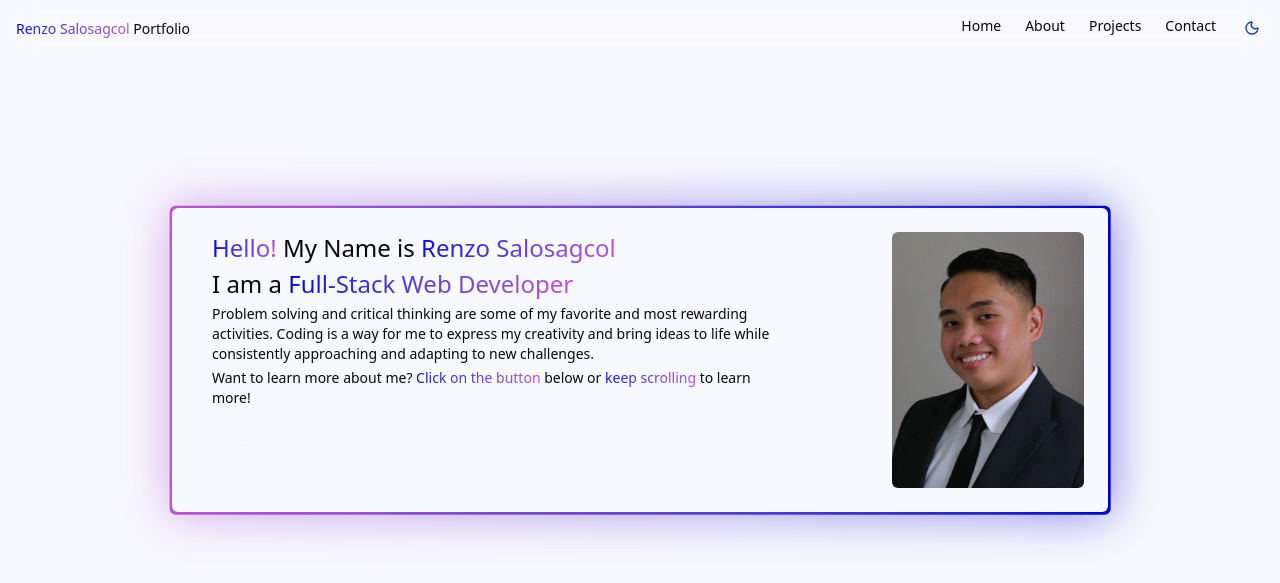
Repository: Renzo-Salosagcol/Updated_Personal_Portfolio
Page: /
An editor plug-in stored every save of this project. The page is shown before and after the next save, followed by the edit.
The browser window is 1280 px wide. The pictures show the whole page.
The project was rebuilt for these pictures with package versions that can differ from the ones it lists, and the page was loaded fresh each time. Also part of the build but not shown: vite.config.js, src/pages/NotFound.jsx.

Above is the page before, as saved 2025-10-09 20:42:09.

### index.html
<!doctype html>
<html lang="en">
  <head>
    <meta charset="UTF-8" />
    <link rel="icon" type="image/svg+xml" href="/vite.svg" />
    <meta name="viewport" content="width=device-width, initial-scale=1.0" />
    <title>updated-personal-portfolio</title>
  </head>
  <body>
    <div id="root"></div>
    <script type="module" src="/src/main.jsx"></script>
  </body>
</html>

### src/index.css
@import "tailwindcss";

@theme {
  --color-background: var(--background);
  --color-foreground: var(--foreground);

  --color-primary: var(--primary);
  --color-secondary: var(--secondary);

  --animate-fade-in: fade-in 1s ease-in forwards;
}

@layer base {
  /* Light Theme */
  :root {
    --background: #f8f8ff; /* Ghost White */
    --foreground: #080808; /* Vampire Black */

    --primary: #0000cd; /* Medium Blue */
    --secondary: #ba55d3; /* Medium Orchid */
  }

  /* Dark Theme */
  .dark {
    --background: #080808; /* Vampire Black */
    --foreground: #f8f8ff; /* Ghost White */

    --primary: #ff0800; /* Candy Apple Red */
    --secondary: #fefc22; /* Laser Lemon */
  }

  html {
    @apply scroll-smooth;
  }

  body {
    @apply bg-background text-foreground transition-colors duration-300;
  }
}

@property --gradient-angle {
  syntax: "<angle>";
  initial-value: 0deg;
  inherits: false;
}

@keyframes spin {
  from {
    --gradient-angle: 0deg;
  }
  to {
    --gradient-angle: 360deg;
  }
}

@keyframes fade-in {
  0% {
    opacity: 0;
    transform: translateY(20px);
  }
  100% {
    opacity: 1;
    transform: translateY(0);
  }
}

@utility container {
  margin-inline: auto;
  padding-inline: 1rem;
}

@utility after-gradient-border {
  @apply absolute h-[101.5%] w-[100.5%] top-1/2 left-1/2 -translate-x-1/2 -translate-y-1/2 rounded-md -z-10 bg-gradient-to-l from-primary to-secondary;
  content: '';
  /* animation: 3s spin linear infinite; */
}

@utility before-gradient-border {
  @apply after-gradient-border;
  filter: blur(1.5rem);
  opacity: 0.5;
}

@utility gradient-text {
  @apply text-transparent bg-clip-text bg-gradient-to-r from-primary to-secondary transition-colors duration-300;
}

@utility gradient-button {
  @apply flex justify-center items-center rounded-full py-[1em] px-[2em] bg-background border-none gradient-text hover:cursor-pointer;
}

@utility gradient-button-inner {
  @apply flex h-full w-full items-center justify-center rounded-full bg-background
}

@utility gradient-border {
  @apply after:after-gradient-border before:before-gradient-border
}

@utility glassmorphism {
  @apply bg-background/30 backdrop-blur-lg
}

### src/App.jsx
import { BrowserRouter, Routes, Route } from "react-router-dom"
import { Home } from "./pages/Home"
import { NotFound } from "./pages/NotFound"

function App() {
  return (
    <BrowserRouter>
      <Routes>
        <Route path="/" element={<Home />} />
        <Route path="*" element={<NotFound />} />
      </Routes>
    </BrowserRouter>
  )
}

export default App

### src/pages/Home.jsx
import { Background } from "../components/Background"
import { Navbar } from "../components/Navbar"
import { Hero } from "../components/Hero"

export const Home = () => {
  return (
    <div id="home" className="w-full h-screen">
      {/* Background */}
      <Background />


      {/* Navbar */}
      <Navbar />

      {/* Main */}
      <Hero />

      {/* Footer */}
    </div>
  )
}

### src/components/Background.jsx


export const Background = () => {
  return (
    <div className="fixed inset-0 overflow-hidden pointer-events-none -z-40 bg-background w-screen h-screen">
    </div>
  )
}

### src/components/Navbar.jsx
import { ThemeToggle } from './ThemeToggle'

const items = [
  { name: 'Home', href: '#home' },
  { name: 'About', href: '#about' },
  { name: 'Projects', href: '#projects' },
  { name: 'Contact', href: '#contact' },
]

export const Navbar = () => {
  return (
    <nav className="fixed top-0 left-0 w-full p-2 flex items-center justify-between glassmorphism z-40 text-sm md:text-md text-foreground">
      <a href="#home" className="p-2"><span className="gradient-text">Renzo Salosagcol</span> Portfolio</a>
      <ul className="flex gap-6 p-2">
        {items.map(item => (
          <li key={item.name}
            className="hover:gradient-text transition-all duration-300 relative">
            <a href={item.href}>{item.name}</a>
          </li>
        ))}
        <li><ThemeToggle /></li>
      </ul>
    </nav>
  )
}

### src/components/Hero.jsx


export const Hero = () => {
  return (
    <main className="relative min-h-screen flex items-center justify-center max-w-10/12 rounded-md container z-0">
      <div className="z-0 relative gradient-border opacity-0 animate-fade-in">
        <div className="w-full h-full relative container flex justify-between gap-6 rounded-md p-6 bg-background">
          <div className="container flex flex-col gap-1">
            <h1 className="text-lg md:text-xl lg:text-2xl">
              <span className="gradient-text">Hello! </span>
              My Name is
              <span className="gradient-text"> Renzo Salosagcol</span>
            </h1>
            <h1 className="text-lg md:text-xl lg:text-2xl">I am a <span className="gradient-text">Full-Stack Web Developer</span></h1>
            <h3 className="w-md md:w-lg lg:w-xl text-sm">Problem solving and critical thinking are some of my favorite and most rewarding activities. Coding is a way for me to express my creativity and bring ideas to life while consistently approaching and adapting to new challenges.</h3>
            <h3 className="w-md md:w-lg lg:w-xl text-sm">Want to learn more about me?
              <span className="gradient-text"> Click on the button</span> below or
              <span className="gradient-text"> keep scrolling</span> to learn more!
            </h3>
            <a
              href="#about"
            >
            <button className="gradient-button">
              <div className="gradient-button-inner">Learn more...</div>
            </button>
            </a>
          </div>
          <div>
            <img
            src="../../headshot.jpeg"
            alt="Headshot Photo"
            className="rounded-md w-64 h-64 object-cover"
            />
          </div>
      </div>
      </div>
    </main>
  )
}

### src/components/ThemeToggle.jsx
import { useState, useEffect } from "react"
import { Sun, Moon } from "lucide-react"

export const ThemeToggle = () => {
  const [isDark, setIsDark] = useState(false)

  useEffect(() => {
    const theme = localStorage.getItem("theme")
    if (theme) {
      setIsDark(theme === "dark")
      document.documentElement.classList.toggle("dark", theme === "dark")
    }
  }, [])

  const toggleTheme = () => {
    setIsDark(!isDark)
    document.documentElement.classList.toggle("dark", !isDark)
    localStorage.setItem("theme", !isDark ? "dark" : "light")
  }

  return (
    <button
      onClick={toggleTheme}
      className="max-sm:hidden p-1 z-50 rounded-full transition-color duration-300 focus:outline-hidden hover:cursor-pointer"
    >
      {isDark ? (
        <Sun className="h-4 w-4 text-yellow-300" />
      ) : (
        <Moon className="h-4 w-4 text-blue-900" />
      )}
    </button>

  )
}

Loaded but not shown: src/main.jsx (common file)

After the next save:
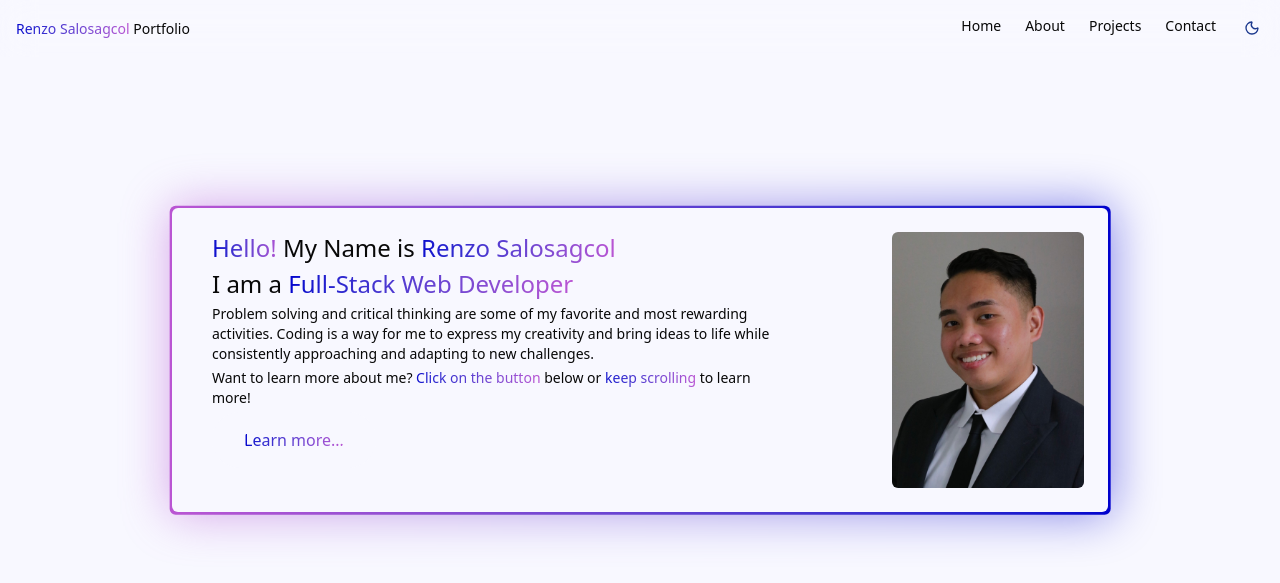
Saved 27 s later.
--- a/src/index.css
+++ b/src/index.css
@@ -86,11 +86,11 @@
 }
 
 @utility gradient-button {
-  @apply flex justify-center items-center rounded-full py-[1em] px-[2em] bg-background border-none gradient-text hover:cursor-pointer;
+  @apply flex justify-center items-center rounded-full py-[1em] px-[2em] bg-background border-none hover:cursor-pointer;
 }
 
 @utility gradient-button-inner {
-  @apply flex h-full w-full items-center justify-center rounded-full bg-background
+  @apply flex h-full w-full items-center justify-center rounded-full bg-background gradient-text
 }
 
 @utility gradient-border {
